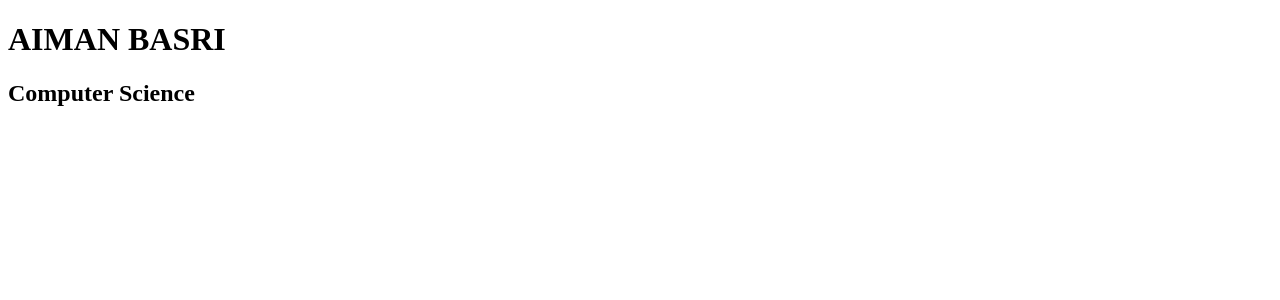
Repository: aimanbasri/Web-Development-Bootcamp
Page: HTML - Personal Site/index.html
An editor plug-in stored every save of this project. The page is shown before and after the next save, followed by the edit.
The browser window is 1280 px wide. The pictures show the whole page.

Above is the page before, as saved 2019-12-29 00:54:30.

### HTML - Personal Site/index.html
<!DOCTYPE html>
<html lang="en">
<head>
    <meta charset="UTF-8">
    <meta name="viewport" content="width=device-width, initial-scale=1.0">
    <meta http-equiv="X-UA-Compatible" content="ie=edge">
    <title>🗲Aiman's Personal Site</title>
</head>
<body>
    <h1> AIMAN BASRI </h1>
    <h2> Computer Science </h2>
</body>
</html>

After the next save:
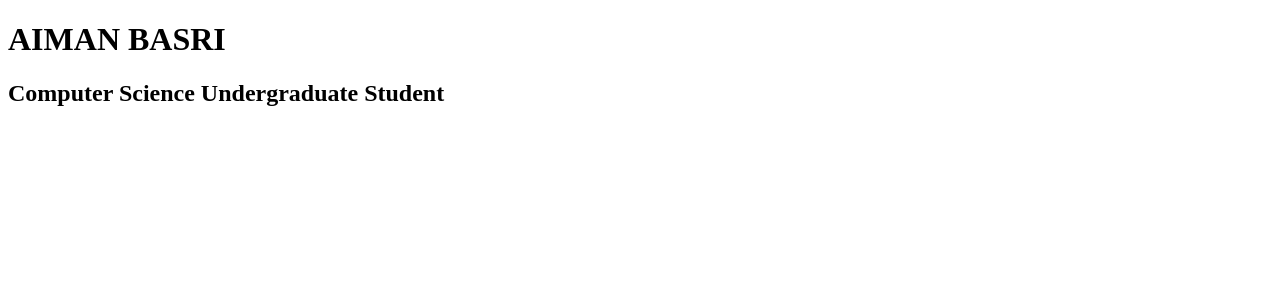
Saved 4 s later.
--- a/HTML - Personal Site/index.html
+++ b/HTML - Personal Site/index.html
@@ -8,6 +8,6 @@
 </head>
 <body>
     <h1> AIMAN BASRI </h1>
-    <h2> Computer Science </h2>
+    <h2> Computer Science Undergraduate Student</h2>
 </body>
 </html>
